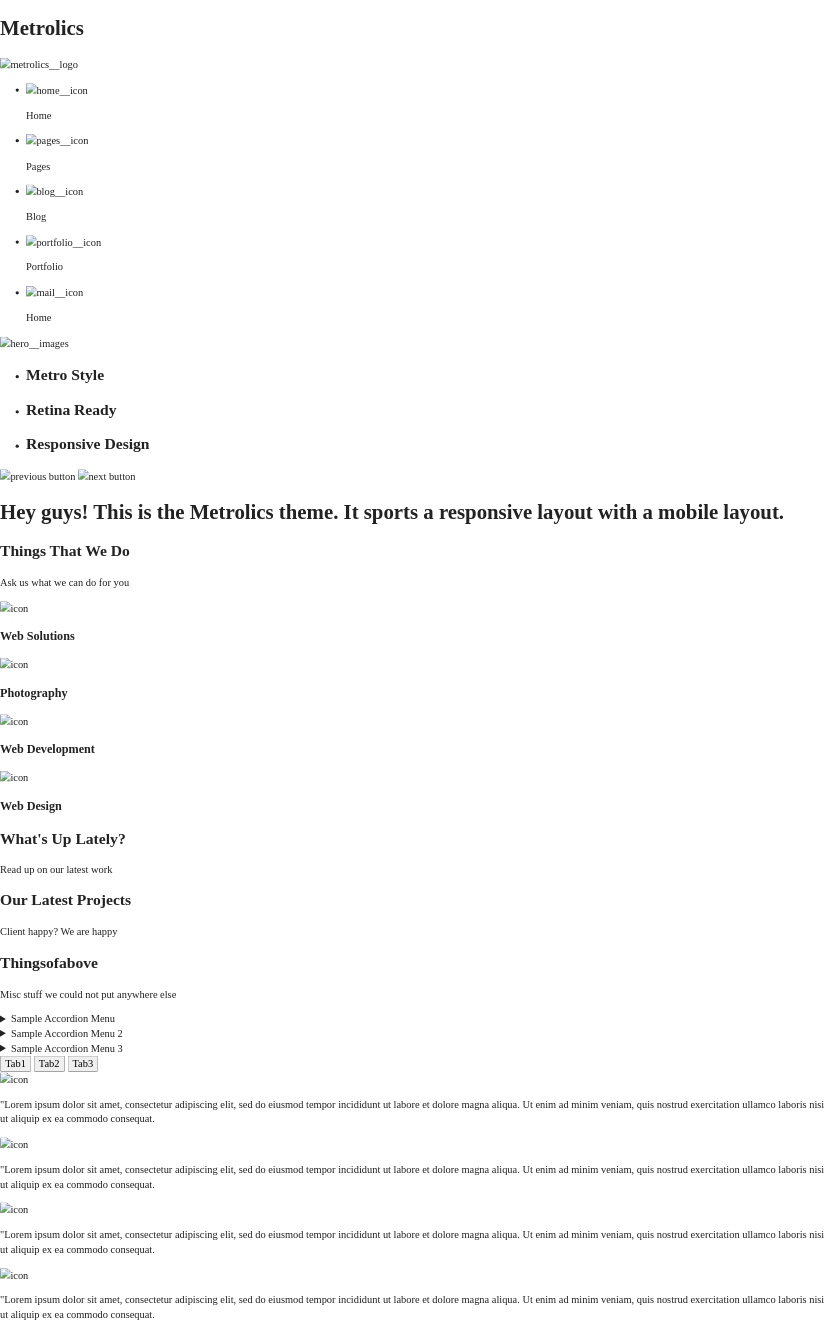
Repository: eilidhma/metrolics
Page: index.html
These files come from the project's save history. The page is drawn as it stood at one moment and after the next save; the edit follows.
The browser window is 1280 px wide. The pictures show the whole page, at 65% of full size.

Above is the page before, as saved 2021-01-27 00:00:59.

### index.html
<!doctype html>
<html class="no-js" lang="">

<head>
  <meta charset="utf-8">
  <title>Metrolics</title>
  <meta name="description" content="">
  <meta name="viewport" content="width=device-width, initial-scale=1">

  <meta property="og:title" content="">
  <meta property="og:type" content="">
  <meta property="og:url" content="">
  <meta property="og:image" content="">

  <link rel="manifest" href="site.webmanifest">
  <link rel="apple-touch-icon" href="icon.png">
  <!-- Place favicon.ico in the root directory -->

  <link rel="stylesheet" href="css/normalize.css">
  <link rel="stylesheet" href="css/main.css">

  <meta name="theme-color" content="#fafafa">
</head>


<!-- Add your site or application content here -->
<body class="page__home">
  <header class="page__header">
    <div class="page__title">
      <h1 class="large__headings">Metrolics</h1>
      <img src="" alt="metrolics__logo" class="header__icon">
    </div>
    <nav class="page__navigation">
      <ul class="navigation__section">
        <li class="navigation_items">
          <img src="" alt="home__icon" class="nav__icons">
          <p class="nav__titles">Home</p>
        </li>
        <li class="navigation_items">
          <img src="" alt="pages__icon" class="nav__icons">
          <p class="nav__titles">Pages</p>
        </li>
        <li class="navigation_items">
          <img src="" alt="blog__icon" class="nav__icons">
          <p class="nav__titles">Blog</p>
        </li>
        <li class="navigation_items">
          <img src="" alt="portfolio__icon" class="nav__icons">
          <p class="nav__titles">Portfolio</p>
        </li>
        <li class="navigation_items">
          <img src="" alt="mail__icon" class="nav__icons">
          <p class="nav__titles">Home</p>
        </li>
      </ul>
    </nav>
  </header>

  <section class="hero__section">
    <img src="" alt="hero__images">
    <ul class="hero__headings">
      <li>
        <div class="hero__headings__colour1"></div>
        <h2 class="medium__headings">Metro Style</h2>
      </li>
      <li>
        <div class="hero__headings__colour2"></div>
        <h2 class="medium__headings">Retina Ready</h2>
      </li>
      <li>
        <div class="hero__headings__colour3"></div>
        <h2 class="medium__headings">Responsive Design</h2>
      </li>
    </ul>
    <a class="prev" onclick="">
      <img src="" alt="previous button" class="prev__icon">
    </a>
    <a class="next" onclick="">
      <img src="" alt="next button" class="next__icon">
    </a>
  </section>

  <main class="page__main">
    <h1 class="large__headings">Hey guys! This is the Metrolics theme. It sports a responsive layout with a mobile layout.</h1>
    <h2 class="medium__headings">Things That We Do</h2>
    <p class="main__text">Ask us what we can do for you</p>

    <section class="main__content__four__columns">
      <div class="four_column_item">
        <img src="" alt="icon" class="four_column_icon">
        <h3 class="four_column_headers">Web Solutions</h3>
        <p class="four_column_text"></p>
      </div>
      <div class="four_column_item">
        <img src="" alt="icon" class="four_column_icon">
        <h3 class="four_column_headers">Photography</h3>
        <p class="four_column_text"></p>
      </div>
      <div class="four_column_item">
        <img src="" alt="icon" class="four_column_icon">
        <h3 class="four_column_headers">Web Development</h3>
        <p class="four_column_text"></p>
      </div>
      <div class="four_column_item">
        <img src="" alt="icon" class="four_column_icon">
        <h3 class="four_column_headers">Web Design</h3>
        <p class="four_column_text"></p>
      </div>
    </section>

    <h2 class="medium__headings">What's Up Lately?</h2>
    <p class="main__text">Read up on our latest work</p>

    <section>
      <div></div>
      <div></div>
      <div></div>
    </section>

    <!-- SLIDER??? -->

    <h2 class="medium__headings">Our Latest Projects</h2>
    <p class="main__text">Client happy? We are happy</p>

    <section>
      <div></div>
      <div></div>
      <div></div>
      <div></div>
      <div></div>
      <div></div>
    </section>

    <h2 class="medium__headings">Thingsofabove</h2>
    <p class="main__text">Misc stuff we could not put anywhere else</p>

    <section class="detailed_content">
      <div class="menus">
        <details class="menus_items">
          <summary class="menu_titles">Sample Accordion Menu</summary>
          <img src="" alt="menu item icon" class="menu_icons">
          <h4 class="menu__content__titles"></h4>
          <p class="menu__content__text"></p>
        </details>
        <details class="menus_items">
          <summary class="menu_titles">Sample Accordion Menu 2</summary>
          <img src="" alt="menu item icon" class="menu_icons">
          <h4 class="menu__content__titles"></h4>
          <p class="menu__content__text"></p>
        </details>
        <details class="menus_items">
          <summary class="menu_titles">Sample Accordion Menu 3</summary>
          <img src="" alt="menu item icon" class="menu_icons">
          <h4 class="menu__content__titles"></h4>
          <p class="menu__content__text"></p>
        </details>
      </div>
      <div class="tabs">
        <nav class="tab_nav">
          <button class="tab__buttons" onclick="">Tab1</button>
          <button class="tab__buttons" onclick="">Tab2</button>
          <button class="tab__buttons" onclick="">Tab3</button>
        </nav>
        <div class="tab__content">
          <div class="tab__items">
            <img src="" alt="icon" class="tab__icons">
            <p class="tab__text">"Lorem ipsum dolor sit amet, consectetur adipiscing elit, sed do eiusmod tempor incididunt ut labore et dolore magna aliqua. Ut enim ad minim veniam, quis nostrud exercitation ullamco laboris nisi ut aliquip ex ea commodo consequat. </p>
          </div>
          <div class="tab__items">
            <img src="" alt="icon" class="tab__icons">
            <p class="tab__text">"Lorem ipsum dolor sit amet, consectetur adipiscing elit, sed do eiusmod tempor incididunt ut labore et dolore magna aliqua. Ut enim ad minim veniam, quis nostrud exercitation ullamco laboris nisi ut aliquip ex ea commodo consequat. </p>
          </div>
          <div class="tab__items">
            <img src="" alt="icon" class="tab__icons">
            <p class="tab__text">"Lorem ipsum dolor sit amet, consectetur adipiscing elit, sed do eiusmod tempor incididunt ut labore et dolore magna aliqua. Ut enim ad minim veniam, quis nostrud exercitation ullamco laboris nisi ut aliquip ex ea commodo consequat. </p>
          </div>
          <div class="tab__items">
            <img src="" alt="icon" class="tab__icons">
            <p class="tab__text">"Lorem ipsum dolor sit amet, consectetur adipiscing elit, sed do eiusmod tempor incididunt ut labore et dolore magna aliqua. Ut enim ad minim veniam, quis nostrud exercitation ullamco laboris nisi ut aliquip ex ea commodo consequat. </p>
          </div>
        </div>
      </div>
    </section>
  </main>





  <script src="js/vendor/modernizr-3.11.2.min.js"></script>
  <script src="js/plugins.js"></script>
  <script src="js/main.js"></script>

  <!-- Google Analytics: change UA-XXXXX-Y to be your site's ID. -->
  <script>
    window.ga = function () { ga.q.push(arguments) }; ga.q = []; ga.l = +new Date;
    ga('create', 'UA-XXXXX-Y', 'auto'); ga('set', 'anonymizeIp', true); ga('set', 'transport', 'beacon'); ga('send', 'pageview')
  </script>
  <script src="https://www.google-analytics.com/analytics.js" async></script>
</body>

</html>

### css/main.css
/*! HTML5 Boilerplate v8.0.0 | MIT License | https://html5boilerplate.com/ */

/* main.css 2.1.0 | MIT License | https://github.com/h5bp/main.css#readme */
/*
 * What follows is the result of much research on cross-browser styling.
 * Credit left inline and big thanks to Nicolas Gallagher, Jonathan Neal,
 * Kroc Camen, and the H5BP dev community and team.
 */

/* ==========================================================================
   Base styles: opinionated defaults
   ========================================================================== */

html {
  color: #222;
  font-size: 1em;
  line-height: 1.4;
}

/*
 * Remove text-shadow in selection highlight:
 * https://twitter.com/miketaylr/status/12228805301
 *
 * Vendor-prefixed and regular ::selection selectors cannot be combined:
 * https://stackoverflow.com/a/16982510/7133471
 *
 * Customize the background color to match your design.
 */

::-moz-selection {
  background: #b3d4fc;
  text-shadow: none;
}

::selection {
  background: #b3d4fc;
  text-shadow: none;
}

/*
 * A better looking default horizontal rule
 */

hr {
  display: block;
  height: 1px;
  border: 0;
  border-top: 1px solid #ccc;
  margin: 1em 0;
  padding: 0;
}

/*
 * Remove the gap between audio, canvas, iframes,
 * images, videos and the bottom of their containers:
 * https://github.com/h5bp/html5-boilerplate/issues/440
 */

audio,
canvas,
iframe,
img,
svg,
video {
  vertical-align: middle;
}

/*
 * Remove default fieldset styles.
 */

fieldset {
  border: 0;
  margin: 0;
  padding: 0;
}

/*
 * Allow only vertical resizing of textareas.
 */

textarea {
  resize: vertical;
}

/* ==========================================================================
   Author's custom styles
   ========================================================================== */

/* ==========================================================================
   Helper classes
   ========================================================================== */

/*
 * Hide visually and from screen readers
 */

.hidden,
[hidden] {
  display: none !important;
}

/*
 * Hide only visually, but have it available for screen readers:
 * https://snook.ca/archives/html_and_css/hiding-content-for-accessibility
 *
 * 1. For long content, line feeds are not interpreted as spaces and small width
 *    causes content to wrap 1 word per line:
 *    https://medium.com/@jessebeach/beware-smushed-off-screen-accessible-text-5952a4c2cbfe
 */

.sr-only {
  border: 0;
  clip: rect(0, 0, 0, 0);
  height: 1px;
  margin: -1px;
  overflow: hidden;
  padding: 0;
  position: absolute;
  white-space: nowrap;
  width: 1px;
  /* 1 */
}

/*
 * Extends the .sr-only class to allow the element
 * to be focusable when navigated to via the keyboard:
 * https://www.drupal.org/node/897638
 */

.sr-only.focusable:active,
.sr-only.focusable:focus {
  clip: auto;
  height: auto;
  margin: 0;
  overflow: visible;
  position: static;
  white-space: inherit;
  width: auto;
}

/*
 * Hide visually and from screen readers, but maintain layout
 */

.invisible {
  visibility: hidden;
}

/*
 * Clearfix: contain floats
 *
 * For modern browsers
 * 1. The space content is one way to avoid an Opera bug when the
 *    `contenteditable` attribute is included anywhere else in the document.
 *    Otherwise it causes space to appear at the top and bottom of elements
 *    that receive the `clearfix` class.
 * 2. The use of `table` rather than `block` is only necessary if using
 *    `:before` to contain the top-margins of child elements.
 */

.clearfix::before,
.clearfix::after {
  content: " ";
  display: table;
}

.clearfix::after {
  clear: both;
}

/* ==========================================================================
   EXAMPLE Media Queries for Responsive Design.
   These examples override the primary ('mobile first') styles.
   Modify as content requires.
   ========================================================================== */

@media only screen and (min-width: 35em) {
  /* Style adjustments for viewports that meet the condition */
}

@media print,
  (-webkit-min-device-pixel-ratio: 1.25),
  (min-resolution: 1.25dppx),
  (min-resolution: 120dpi) {
  /* Style adjustments for high resolution devices */
}

/* ==========================================================================
   Print styles.
   Inlined to avoid the additional HTTP request:
   https://www.phpied.com/delay-loading-your-print-css/
   ========================================================================== */

@media print {
  *,
  *::before,
  *::after {
    background: #fff !important;
    color: #000 !important;
    /* Black prints faster */
    box-shadow: none !important;
    text-shadow: none !important;
  }

  a,
  a:visited {
    text-decoration: underline;
  }

  a[href]::after {
    content: " (" attr(href) ")";
  }

  abbr[title]::after {
    content: " (" attr(title) ")";
  }

  /*
   * Don't show links that are fragment identifiers,
   * or use the `javascript:` pseudo protocol
   */
  a[href^="#"]::after,
  a[href^="javascript:"]::after {
    content: "";
  }

  pre {
    white-space: pre-wrap !important;
  }

  pre,
  blockquote {
    border: 1px solid #999;
    page-break-inside: avoid;
  }

  /*
   * Printing Tables:
   * https://web.archive.org/web/20180815150934/http://css-discuss.incutio.com/wiki/Printing_Tables
   */
  thead {
    display: table-header-group;
  }

  tr,
  img {
    page-break-inside: avoid;
  }

  p,
  h2,
  h3 {
    orphans: 3;
    widows: 3;
  }

  h2,
  h3 {
    page-break-after: avoid;
  }
}

### js/plugins.js
// Avoid `console` errors in browsers that lack a console.
(function() {
  var method;
  var noop = function () {};
  var methods = [
    'assert', 'clear', 'count', 'debug', 'dir', 'dirxml', 'error',
    'exception', 'group', 'groupCollapsed', 'groupEnd', 'info', 'log',
    'markTimeline', 'profile', 'profileEnd', 'table', 'time', 'timeEnd',
    'timeline', 'timelineEnd', 'timeStamp', 'trace', 'warn'
  ];
  var length = methods.length;
  var console = (window.console = window.console || {});

  while (length--) {
    method = methods[length];

    // Only stub undefined methods.
    if (!console[method]) {
      console[method] = noop;
    }
  }
}());

// Place any jQuery/helper plugins in here.

Loaded but not shown: css/normalize.css (library); js/vendor/modernizr-3.11.2.min.js (library); js/main.js (no copy from this time; the picture is the same without it)

After the next save:
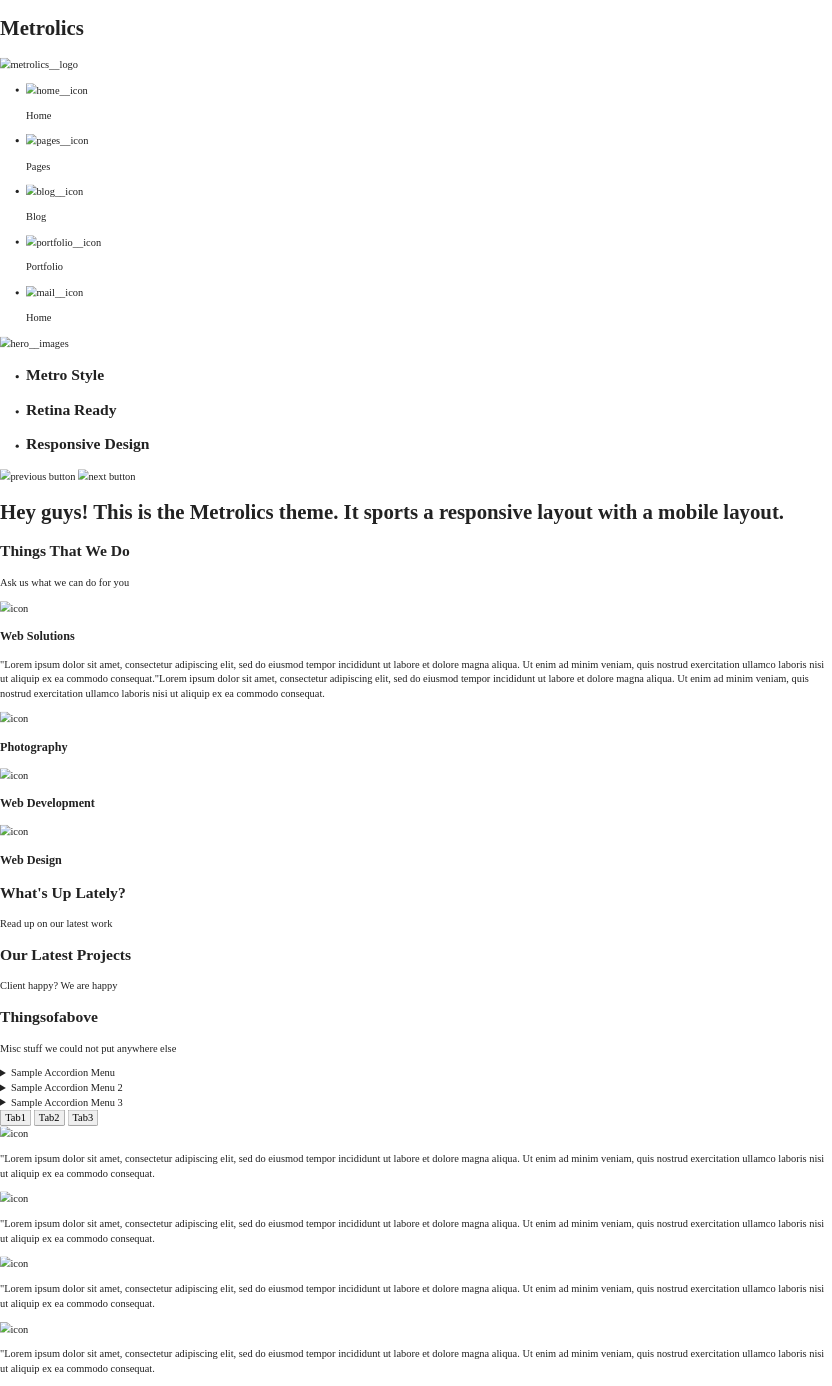
Saved 58 s later.
--- a/index.html
+++ b/index.html
@@ -89,7 +89,7 @@
       <div class="four_column_item">
         <img src="" alt="icon" class="four_column_icon">
         <h3 class="four_column_headers">Web Solutions</h3>
-        <p class="four_column_text"></p>
+        <p class="four_column_text">"Lorem ipsum dolor sit amet, consectetur adipiscing elit, sed do eiusmod tempor incididunt ut labore et dolore magna aliqua. Ut enim ad minim veniam, quis nostrud exercitation ullamco laboris nisi ut aliquip ex ea commodo consequat."Lorem ipsum dolor sit amet, consectetur adipiscing elit, sed do eiusmod tempor incididunt ut labore et dolore magna aliqua. Ut enim ad minim veniam, quis nostrud exercitation ullamco laboris nisi ut aliquip ex ea commodo consequat.</p>
       </div>
       <div class="four_column_item">
         <img src="" alt="icon" class="four_column_icon">
